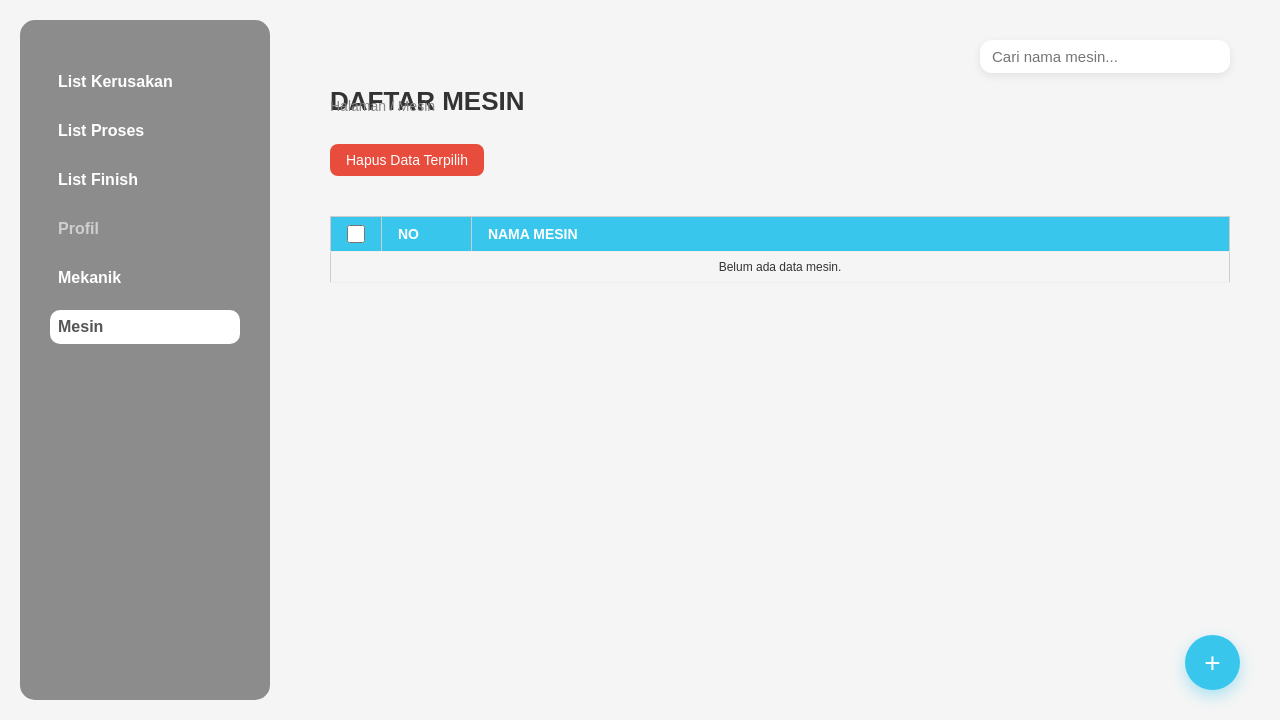
Repository: 1rHub/maintenance
Page: http://localhost/mesin.php
An editor plug-in stored every save of this project. The page is shown before and after a run of saves, followed by the edit.
The browser window is 1280 px wide. The pictures show the whole page.
The page is run by PHP 8.4 with error messages shown; the project is at /var/www/html/. Queries for data that is not in the repository find no rows.

Above is the page before, as saved 2025-10-21 15:11:50.

After the next 2 saves:
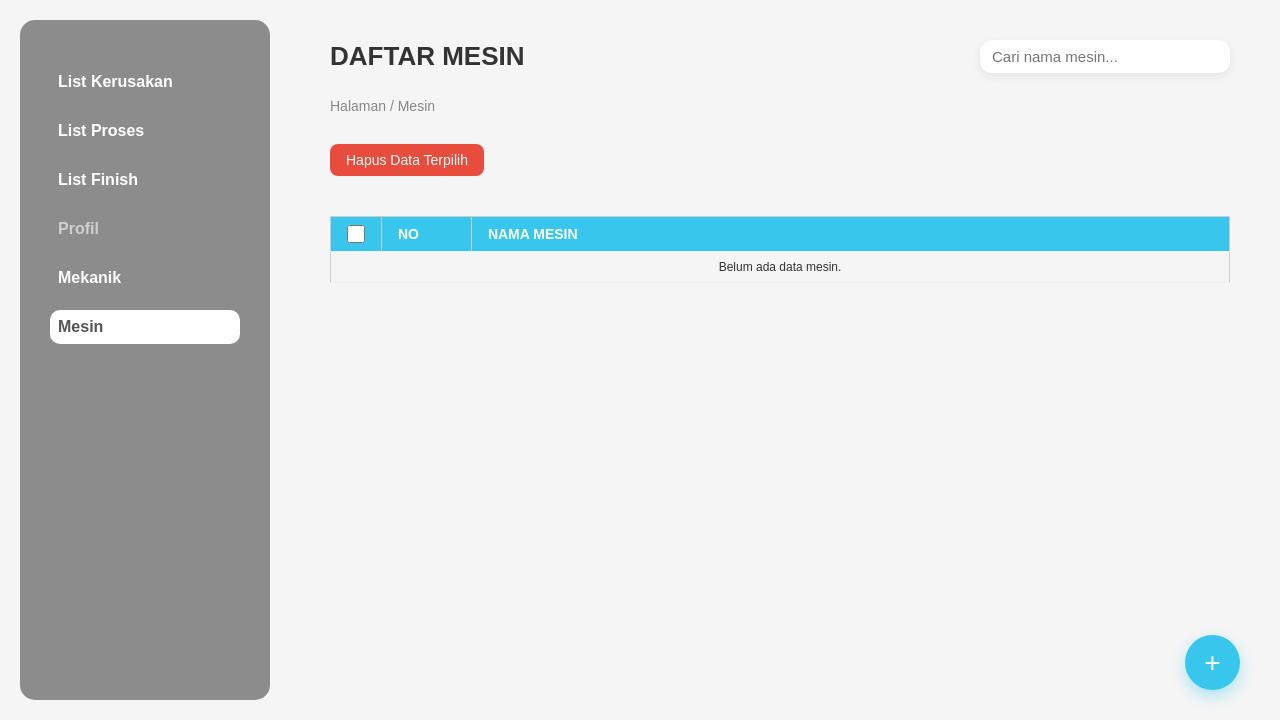
The 2 saves are shown as one change because they came seconds apart.
The last was saved 6 s later.
--- a/mesin.php
+++ b/mesin.php
@@ -63,7 +63,7 @@ $mesin_list = mysqli_fetch_all($result, MYSQLI_ASSOC);
             font-weight: 700;
             color: #333;
             margin: 0;
-            margin-bottom: -90px;
+            margin-bottom: 0px;
         }
 
         .breadcrumb {
